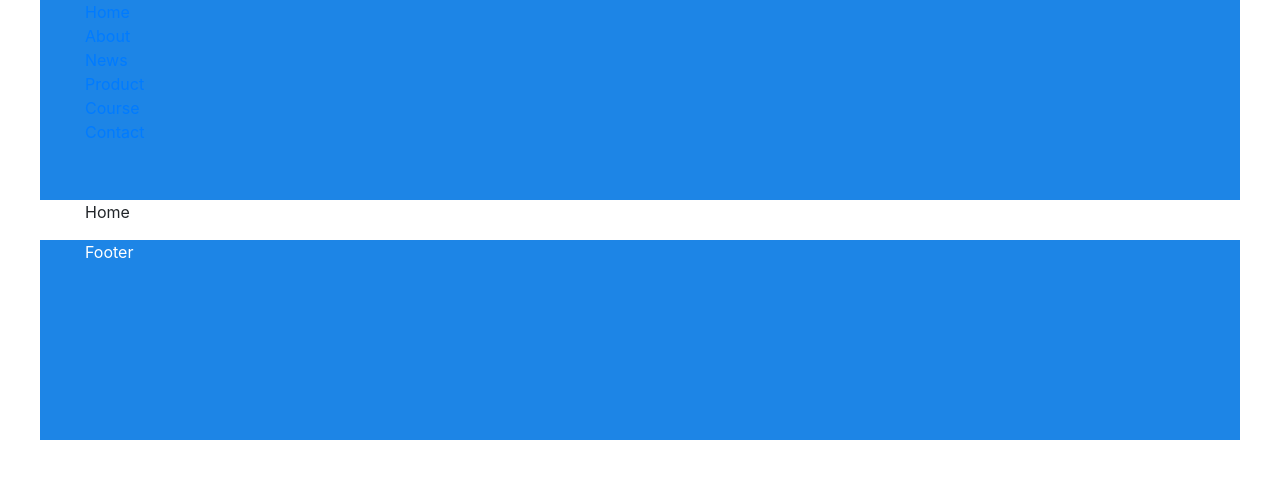
Repository: LmHoangg/php_master_unt
Page: http://localhost/?page=home
An editor plug-in stored every save of this project. The page is shown before and after the next save, followed by the edit.
The browser window is 1280 px wide. The pictures show the whole page.
The page is run by PHP 8.4 with error messages shown; the project is at /var/www/html/.

Above is the page before, as saved 2021-11-17 13:26:00.

### index.php
<?php
    // require('data/users.php');
    // require('lib/template.php');
    // get_header();
?>

<?php
    $page = !empty($_GET['page']) ? $_GET['page'] : 'home';
    $path = "pages/{$page}.php";
    if(file_exists($path)){
        require $path;
    }else{
        require 'inc/404.php';
    }
?>
<?php
    // get_footer();
?>

### pages/home.php
<?php
    require 'lib/template.php';
    get_header();
?>
<div id="content">
    <div class="container">
        <div class="row">
            <div class="col-md-12">
                <p>Home</p>
            </div>
        </div>
    </div>
</div>
<?php
    get_footer();
?>

### lib/template.php
<?php
    function get_header(){
        $path_header = 'inc/header.php';
        if(file_exists($path_header)){
            require $path_header;
        }else{
            echo "Not Found Header";
        }

    };
    function get_footer(){
        $path_footer = 'inc/footer.php';
        if(file_exists($path_footer)){
            require $path_footer;
        }else{
            echo "Not Found Footer";
        }
    }
?>

### inc/header.php
<html>

<head>
    <title>Users Manager Basic</title>
    <meta name="viewport" content="width=device-width" />
    <link rel="stylesheet" href="public/css/reset.css" />
    <link rel="stylesheet" href="public/css/bootstrap.min.css" />
    <link rel="stylesheet" href="public/css/style.css" />
</head>


<body>
    <div id="wrapper">
        <div id="header">
            <div class="container">
                <div class="row">
                    <div class="col-md-12">
                        <ul id="main-menu">
                            <li><a href="?page=home">Home</a></li>
                            <li><a href="?page=about">About</a></li>
                            <li><a href="?page=news">News</a></li>
                            <li><a href="?page=product">Product</a></li>
                            <li><a href="?page=course">Course</a></li>
                            <li><a href="?page=contact">Contact</a></li>
                        </ul>
                    </div>

                </div>

            </div>

        </div>
        <!-- end header -->

### inc/footer.php
<div id="footer">
    <div class="container">
        <div class="row">
            <div class="col-md-12">
                <p>Footer</p>
            </div>
        </div>
    </div>
</div>
<!-- end footer -->
</div>
</body>

</html>

### public/css/style.css
#wrapper {
  max-width: 1200px;
  margin: 0 auto;
}
#header,
#footer {
  min-height: 200px;
  background-color: rgb(29, 133, 230);
  color: #fff;
}

Loaded but not shown: public/css/reset.css (common file); public/css/bootstrap.min.css (library)

After the next save:
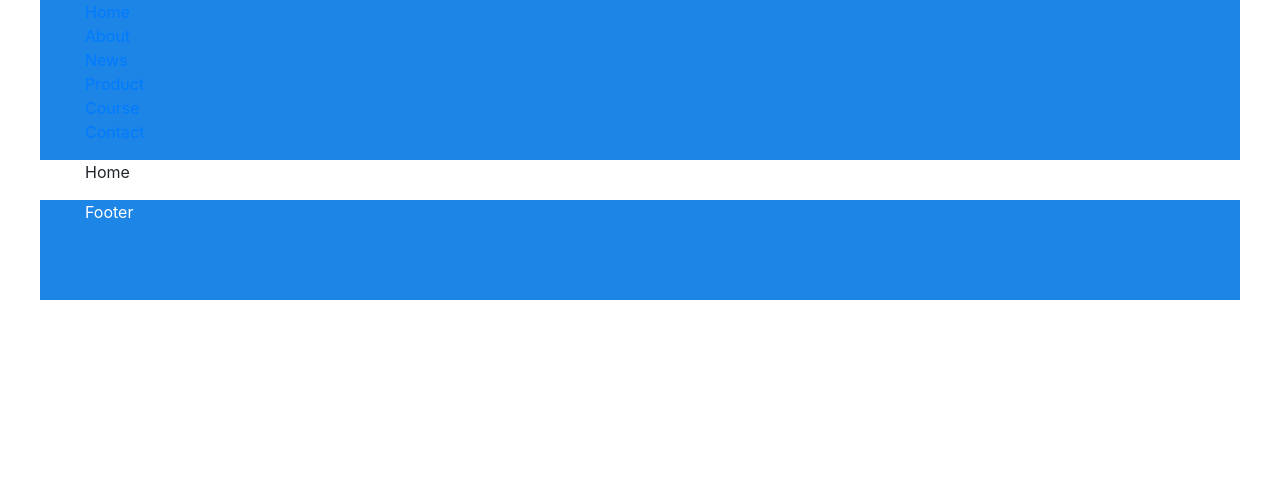
Saved 17 s later.
--- a/public/css/style.css
+++ b/public/css/style.css
@@ -4,7 +4,7 @@
 }
 #header,
 #footer {
-  min-height: 200px;
+  min-height: 100px;
   background-color: rgb(29, 133, 230);
   color: #fff;
 }
